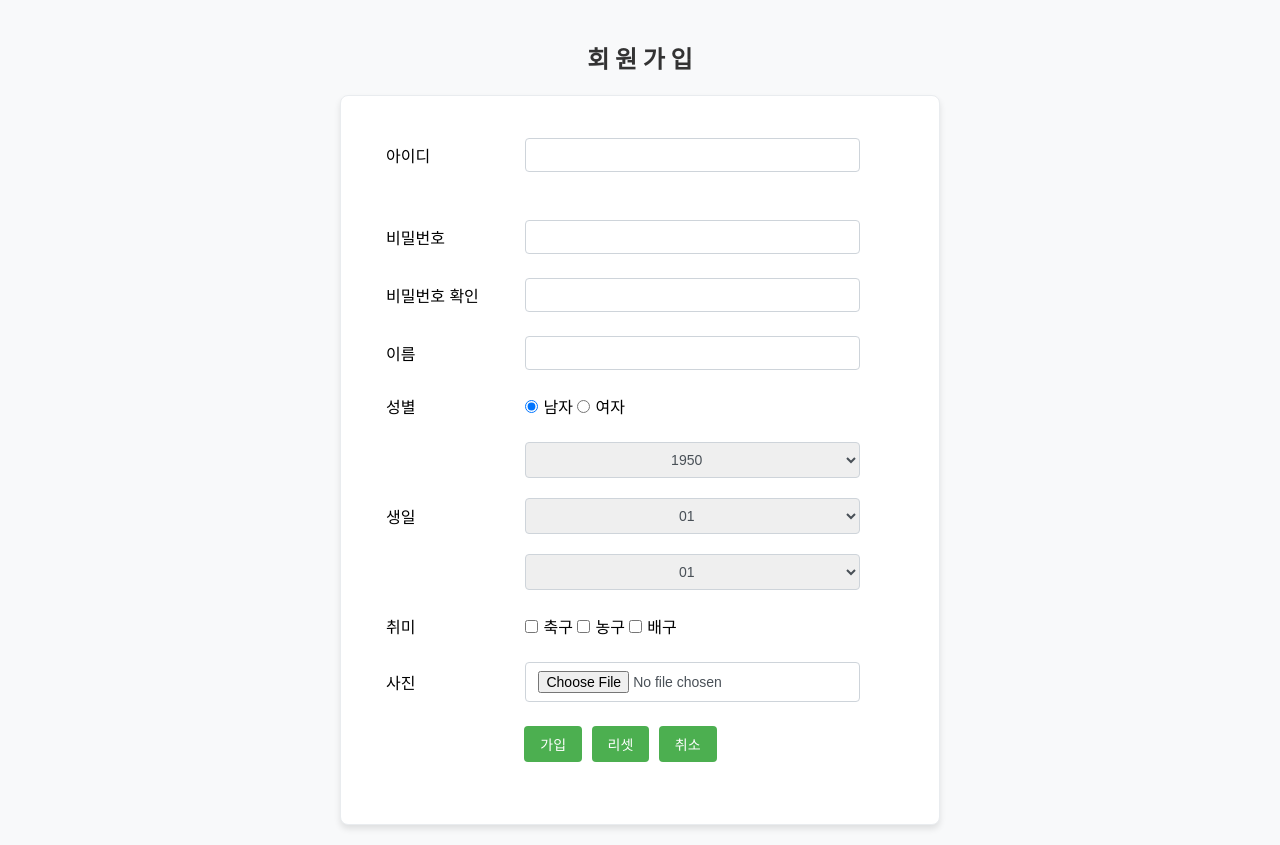
Repository: 1plus1equals3-true/Board-Project
Page: http://localhost/jsp/member/Join.jsp
An editor plug-in stored every save of this project. The page is shown before and after the next save, followed by the edit.
The browser window is 1280 px wide. The pictures show the whole page.
The page is served by Tomcat 9.

Above is the page before, as saved 2025-09-16 02:08:05.

After the next save:
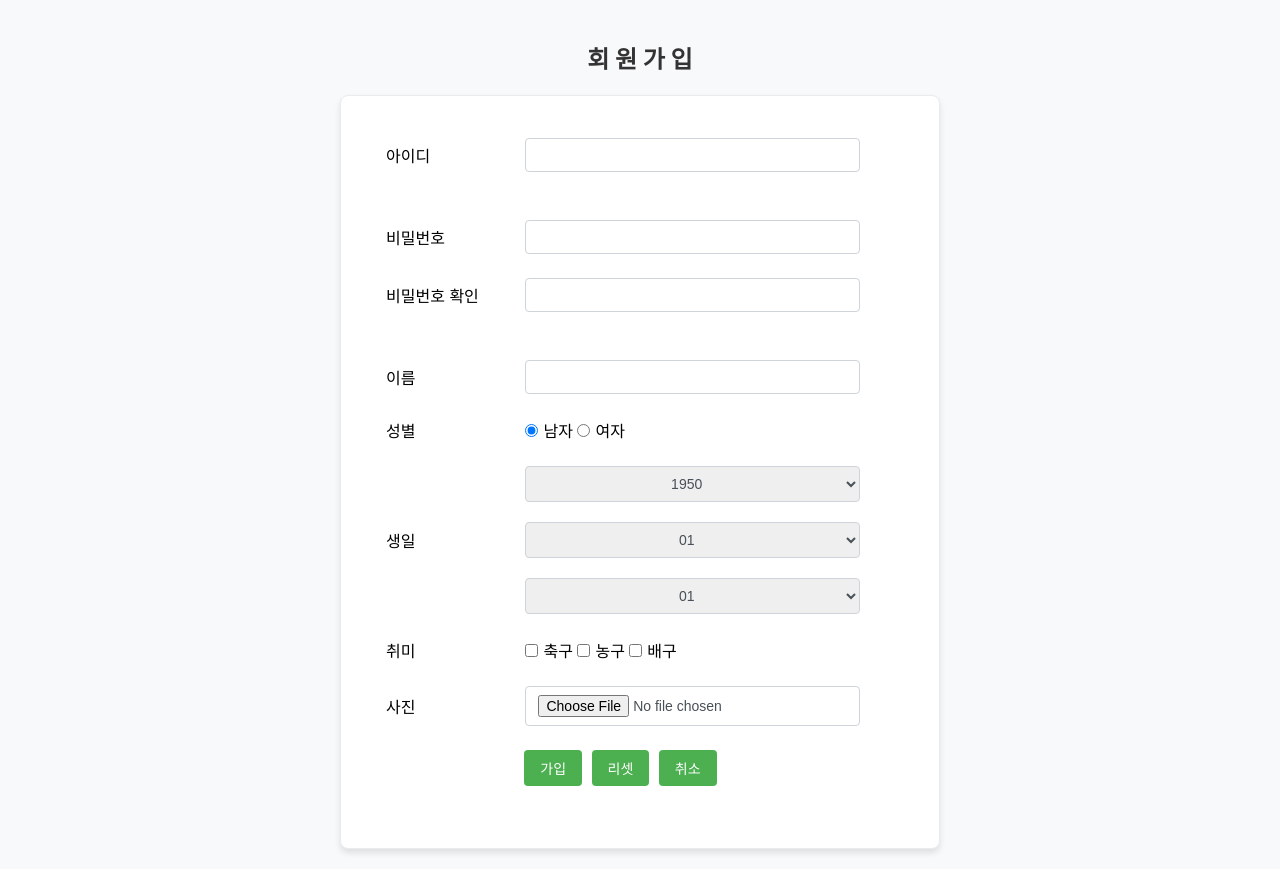
Saved 16 s later.
--- a/jsp/src/main/webapp/member/Join.jsp
+++ b/jsp/src/main/webapp/member/Join.jsp
@@ -129,6 +129,10 @@ button:hover {
 		<tr>
 		<td>비밀번호 확인</td>
 		<td><input type="password" name="upass2" id="upass2" onkeyup="pass_check()"></td>
+		</tr>
+
+		<tr>
+		<td colspan="2" style="text-align: center;"><span id="pass_msg"></span></td>
 		</tr>
 
 		<tr>
